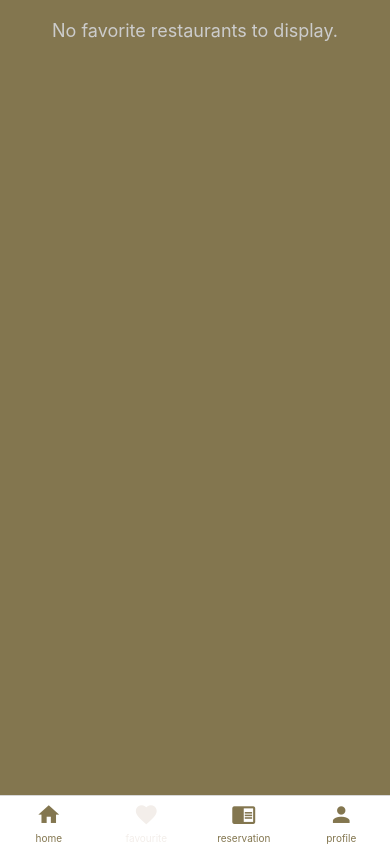
Repository: TemoshoS/restaurant-app
Screen: /favourite
The author's editor kept a copy of each file at every save. The screen is drawn from the files as they stood at one save, then again after the next save.
The page's requests for data from a server got no answer. The app was drawn by React Native's web renderer in a window 390 px wide. The project was rebuilt for these pictures with package versions that can differ from the ones it lists, and the page was loaded fresh each time. No one was signed in, and anything a server would have sent is missing. Also part of the build but not shown: Screens/LoginScreen.js, Screens/HomeScreen.js, Screens/RegisterScreen.js, Screens/RestaurantDetailsScreen.js, Screens/MenuScreen.js, Screens/ReservationScreen.js, Screens/PastReserevationScreen.js, Screens/ProfileScreen.js and 2 more.

Above is the screen before, as saved 2023-12-22 15:33:09.

### App.js
// Import necessary components and modules
import React, { useEffect, useState } from 'react';
import { StyleSheet } from 'react-native';
import { NavigationContainer } from '@react-navigation/native';
import { createStackNavigator } from '@react-navigation/stack';
import { createBottomTabNavigator } from '@react-navigation/bottom-tabs';
import LoginScreen from './Screens/LoginScreen';
import HomeScreen from './Screens/HomeScreen';
import RegisterScreen from './Screens/RegisterScreen';
import RestaurantScreen from './Screens/RestaurantScreen';
import RestaurantDetailsScreen from './Screens/RestaurantDetailsScreen';
import MenuScreen from './Screens/MenuScreen';
import ReservationScreen from './Screens/ReservationScreen';
import PastReserevationScreen from './Screens/PastReserevationScreen';
import ProfileScreen from './Screens/ProfileScreen';
import store from './store/store';
import { Provider } from 'react-redux';
import MaterialCommunityIcons from 'react-native-vector-icons/MaterialCommunityIcons';
import FavoriteRestaurantScreen from './Screens/FavoriteRestaurantScreen';
import ForgotPasswordScreen from './Screens/ForgotPasswordScreen'
import Dashboard from './Screens/Dashboard';
import { auth } from './config/firebase';

const Stack = createStackNavigator();
const Tab = createBottomTabNavigator();

export default function App() {
  const [isAdmin, setIsAdmin] = useState(false);

  useEffect(() => {
    const checkAdminStatus = async () => {
      const user = auth.currentUser;
      const isAdminUser = user ? user.email === 'temosho@admin.co' : false; // Replace with your admin email
      setIsAdmin(isAdminUser);
    };

    checkAdminStatus();
  }, []);

  function MainStack() {
    return (
      <Stack.Navigator initialRouteName='Restaurants'>
        <Stack.Screen name="Restaurants" component={RestaurantScreen} options={{ headerShown: false }} />
        <Stack.Screen name='Welcome' component={HomeScreen} options={{ headerShown: false }} />
        <Stack.Screen name='Login' component={LoginScreen} options={{ headerShown: false }} />
        <Stack.Screen name='Register' component={RegisterScreen} options={{ headerShown: false }} />
        <Stack.Screen name='Restaurant info' component={RestaurantDetailsScreen} options={{
          headerShown: true,
          headerStyle: {
            backgroundColor: '#83764F',
          },
          headerTitle: '',
          headerTitleStyle: {
            color: '#F3EEEA',
            fontWeight: 'bold',
            fontSize: 18,
          },
          headerTintColor: '#F3EEEA',
          headerBackTitleVisible: false,
          headerBackImage: () => (
            <MaterialCommunityIcons name="arrow-left" size={24} color="#F3EEEA" />
          ),
        }}  />
        <Stack.Screen name='Menu' component={MenuScreen} options={{
          headerShown: true,
          headerStyle: {
            backgroundColor: '#83764F',
          },
          headerTitle: '',
          headerTitleStyle: {
            color: '#F3EEEA',
            fontWeight: 'bold',
            fontSize: 18,
          },
          headerTintColor: '#F3EEEA',
          headerBackTitleVisible: false,
          headerBackImage: () => (
            <MaterialCommunityIcons name="arrow-left" size={24} color="#F3EEEA" />
          ),
        }} />
        {!isAdmin && (
          <Stack.Screen name='ReservationScreen' component={ReservationScreen} options={{
            headerShown: true,
            headerStyle: {
              backgroundColor: '#83764F',
            },
            headerTitle: '',
            headerTitleStyle: {
              color: '#F3EEEA',
              fontWeight: 'bold',
              fontSize: 18,
            },
            headerTintColor: '#F3EEEA',
            headerBackTitleVisible: false,
            headerBackImage: () => (
              <MaterialCommunityIcons name="arrow-left" size={24} color="#F3EEEA" />
            ),
          }}/>
        )}
        <Stack.Screen name='profile' component={ProfileScreen} options={{ headerShown: false }} />
        <Stack.Screen name='dashboard' component={Dashboard} options={{ headerShown: false }} />
        <Stack.Screen name='ForgotPasswordScreen' component={ForgotPasswordScreen} options={{ headerShown: false }} />
      </Stack.Navigator>
    );
  }

  function TabNavigator() {
    return (
      <Tab.Navigator
        tabBarOptions={{
          activeTintColor: '#F3EEEA',
          inactiveTintColor: '#83764F',
        }}
      >
        <Tab.Screen
          name="home"
          component={MainStack}
          options={{
            headerShown: false,
            tabBarIcon: ({ color, size }) => (
              <MaterialCommunityIcons name="home" color={color} size={size} />
            ),
          }}
        />
        {!isAdmin && (
          <Tab.Screen
            name="favourite"
            component={FavoriteRestaurantScreen}
            options={{
              headerShown: false,
              tabBarIcon: ({ color, size }) => (
                <MaterialCommunityIcons name="heart" color={color} size={size} />
              ),
            }}
          />
        )}
        {!isAdmin && (
          <Tab.Screen
            name="reservation"
            component={PastReserevationScreen}
            options={{
              headerShown: false,
              tabBarIcon: ({ color, size }) => (
                <MaterialCommunityIcons name="book-open" color={color} size={size} />
              ),
            }}
          />
        )}
        <Tab.Screen
          name="profile"
          component={ProfileScreen}
          options={{
            headerShown: false,
            tabBarIcon: ({ color, size }) => (
              <MaterialCommunityIcons name="account" color={color} size={size} />
            ),
          }}
        />
      </Tab.Navigator>
    );
  }

  return (
    <Provider store={store}>
      <NavigationContainer>
        <TabNavigator />
      </NavigationContainer>
    </Provider>
  );
}

const styles = StyleSheet.create({
  container: {
    flex: 1,
    backgroundColor: 'black',
    alignItems: 'center',
    justifyContent: 'center',
  },
});

### store/store.js
import { createStore, applyMiddleware, combineReducers } from 'redux';
import thunk from 'redux-thunk';
import restaurantsReducer from '../reducers/restaurantsReducer';
import reserveReducer from '../reducers/reserveReducer';
import authReducer from '../reducers/authReducer';
import favoriteRestaurantsReducer from '../reducers/favoriteRestaurantsReducer';


const rootReducer = combineReducers({
  restaurants: restaurantsReducer,
  reservation: reserveReducer,
  auth: authReducer,
  favoriteRestaurants: favoriteRestaurantsReducer,

});

const store = createStore(rootReducer, applyMiddleware(thunk));

export default store;

### Screens/FavoriteRestaurantScreen.js
import React, { useEffect, useState } from 'react';
import { connect } from 'react-redux';
import { fetchFavouriteRestaurants } from '../actions/favoriteRestaurantActions';
import { StyleSheet, Text, View, Image, ScrollView } from 'react-native';
import { getAuth, onAuthStateChanged } from 'firebase/auth';

const FavoriteRestaurantScreen = ({ favRestaurants, fetchFavouriteRestaurants }) => {
  const [currentUserID, setCurrentUserID] = useState(null);

  useEffect(() => {
    fetchFavouriteRestaurants();

    const auth = getAuth();
    const unsubscribe = onAuthStateChanged(auth, (user) => {
      if (user) {
        setCurrentUserID(user.uid);
      } else {
        setCurrentUserID(null);
      }
    });

    return () => unsubscribe();
  }, []);

  const filteredRestaurants = favRestaurants
    .filter((restaurant) => restaurant.ratings > 10 && restaurant.userId === currentUserID)
    .sort((a, b) => b.ratings - a.ratings);

  return (
    <ScrollView style={styles.container}>
      <Text></Text>
      {filteredRestaurants.length === 0 ? (
        <Text style={styles.emptyMessage}>No favorite restaurants to display.</Text>
      ) : (
        filteredRestaurants.map((restaurant) => (
          <View key={restaurant.id} style={styles.restaurantCard}>
            <Image source={{ uri: restaurant.restImage }} style={styles.restaurantImage} />
            <Text style={styles.restaurantName}>{restaurant.restName}</Text>
            <Text style={styles.restaurantRating}>Rating: {restaurant.ratings}</Text>
          </View>
        ))
      )}
    </ScrollView>
  );
};

const mapStateToProps = (state) => ({
  favRestaurants: state.favoriteRestaurants.favRestaurants,
});

export default connect(mapStateToProps, { fetchFavouriteRestaurants })(FavoriteRestaurantScreen);

const styles = StyleSheet.create({
  container: {
    flex: 1,
    backgroundColor: '#83764F',
  },
  restaurantCard: {
    backgroundColor: '#F3EEEA',
    padding: 16,
    margin: 16,
    borderRadius: 10,
    shadowColor: '#000',
    shadowOffset: { width: 0, height: 2 },
    shadowOpacity: 0.25,
    shadowRadius: 3.84,
    elevation: 5,
  },
  restaurantImage: {
    width: '100%',
    height: 150,
    borderRadius: 8,
    marginBottom: 10,
  },
  restaurantName: {
    fontSize: 18,
    fontWeight: 'bold',
    marginBottom: 5,
    color: '#83764F',
  },
  restaurantRating: {
    fontSize: 16,
    color: '#888',
  },
  emptyMessage: {
    fontSize: 18,
    color: '#ccc',
    textAlign: 'center',
    marginTop: 20,
  },
});

### config/firebase.js
// Import the functions you need from the SDKs you need
import { initializeApp } from "firebase/app";
import { getAnalytics } from "firebase/analytics";

import {getAuth} from 'firebase/auth';
import {getFirestore} from 'firebase/firestore'
// TODO: Add SDKs for Firebase products that you want to use
// https://firebase.google.com/docs/web/setup#available-libraries

// Your web app's Firebase configuration
// For Firebase JS SDK v7.20.0 and later, measurementId is optional
const firebaseConfig = {
  apiKey: "AIzaSyDa4_cUmrR60k82VypxJ_US-F7FEiItCL4",
  authDomain: "restaurant-app-da7bc.firebaseapp.com",
  projectId: "restaurant-app-da7bc",
  storageBucket: "restaurant-app-da7bc.appspot.com",
  messagingSenderId: "598136487640",
  appId: "1:598136487640:web:f77577fdc1710db8c1a1ad",
  measurementId: "G-6D4DHL06Z0"
};

// Initialize Firebase
const app = initializeApp(firebaseConfig);
const analytics = getAnalytics(app);

const auth = getAuth(app)
const db = getFirestore(app)
export {auth, db}

### actions/authActions.js
import { sendPasswordResetEmail } from 'firebase/auth';
import { auth } from '../config/firebase';
export const LOGIN_SUCCESS = 'LOGIN_SUCCESS';
export const REGISTER_SUCCESS = 'REGISTER_SUCCESS';
export const FORGOT_PASSWORD_REQUEST = 'FORGOT_PASSWORD_REQUEST';
export const FORGOT_PASSWORD_SUCCESS = 'FORGOT_PASSWORD_SUCCESS';
export const FORGOT_PASSWORD_FAILURE = 'FORGOT_PASSWORD_FAILURE';
export const LOGOUT = 'LOGOUT';

export const loginSuccess = (user) => ({
  type: LOGIN_SUCCESS,
  payload: user,
});

export const registerSuccess = (user) => ({
  type: REGISTER_SUCCESS,
  payload: user,
});

export const forgotPasswordRequest = () => ({
  type: FORGOT_PASSWORD_REQUEST,
});

export const forgotPasswordSuccess = () => ({
  type: FORGOT_PASSWORD_SUCCESS,
});

export const forgotPasswordFailure = (error) => ({
  type: FORGOT_PASSWORD_FAILURE,
  payload: error,
});

export const forgotPassword = (email) => {
  return async (dispatch) => {
    dispatch(forgotPasswordRequest());

    try {
      await sendPasswordResetEmail(auth, email);
      dispatch(forgotPasswordSuccess());
    } catch (error) {
      dispatch(forgotPasswordFailure(error));
    }
  };
};

export const logout = () => ({
  type: LOGOUT,
});

### actions/restaurant.js
import { db } from "../config/firebase";
import { collection ,getDocs} from "firebase/firestore";

export const FETCH_RESTAURANTS = 'FETCH_RESTAURANTS';

export const fetchRestaurants = () => {
  return async (dispatch) => {
    const restaurantsCollection = collection(db, 'restaurants');
    const snapshot = await getDocs(restaurantsCollection);
    const restaurants = [];
    snapshot.forEach((doc) => {
      restaurants.push(doc.data());
    });
    dispatch({ type: FETCH_RESTAURANTS, payload: restaurants });
  };
};

### components/navbar.js
import React,{useState, useEffect} from 'react';
import { StyleSheet, Text, View } from 'react-native';
import Icon from 'react-native-vector-icons/FontAwesome';
import { getAuth, onAuthStateChanged } from 'firebase/auth';


const Navbar = () => {
  const [currentUser, setCurrentUser] = useState(null);

  useEffect(()=>{
    const auth = getAuth();

    const unsubscribe = onAuthStateChanged(auth, (user)=>{
      if (user) {
        setCurrentUser(user.displayName);

      } else {
        setCurrentUser(null);

      }
    });

    return()=> unsubscribe();
  },[]);

  const getCurrentTimeOfDay = () => {
    const currentHour = new Date().getHours();
    if (currentHour >= 0 && currentHour < 12) {
      return 'morning';
    } else if (currentHour >= 12 && currentHour < 18) {
      return 'afternoon';
    } else {
      return 'evening';
    }
  };

  return (
    <View style={styles.container}>
      <View style={styles.user}>
        <Text style={styles.greetingText}>
          Good {getCurrentTimeOfDay()},
        </Text>
        <View style={styles.userRow}>
          <Icon name="user" size={20} color="#fff" />
          <Text style={styles.userText}>{currentUser}</Text>
        </View>
      </View>
    </View>
  );
};

const styles = StyleSheet.create({
  container: {
    backgroundColor: '#83764F',
    paddingVertical: 10,
    paddingHorizontal: 20,
    marginBottom: 40,
  },
  user: {
    flexDirection: 'row',
    alignItems: 'center',
  },
  greetingText: {
    fontSize: 20,
    fontWeight: 'bold',
    color: '#fff',
  },
  userRow: {
    flexDirection: 'row',
    alignItems: 'center',
    marginLeft: 100
  },
  userText: {
    marginLeft: 10,
    fontSize: 18,
    fontWeight: 'bold',
    color: '#fff',
  },
});

export default Navbar;

### components/search.js
import React from 'react';
import { StyleSheet, View, TextInput } from 'react-native';
import { Ionicons } from '@expo/vector-icons'; // You may need to install the Ionicons package

const Search = ({ onSearch }) => {
  return (
    <View style={styles.container}>
      <View style={styles.inputContainer}>
        <Ionicons name="search" size={24} color="#666" style={styles.searchIcon} />
        <TextInput
          style={styles.searchInput}
          placeholder="Search"
          placeholderTextColor="#666"
          onChangeText={(text) => onSearch(text)}
        />
      </View>
    </View>
  );
};

const styles = StyleSheet.create({
  container: {
    alignItems: 'center',
    marginBottom: 20
  },
  inputContainer: {
    flexDirection: 'row',
    alignItems: 'center',
    backgroundColor: '#ccc',
    paddingVertical: 8,
    paddingHorizontal: 12,
    borderRadius: 25,
  },
  searchIcon: {
    marginRight: 10,
  },
  searchInput: {
    flex: 1,
    fontSize: 16,
    color: '#333',

  },
});

export default Search;

### actions/reserveAction.js
import { db } from "../config/firebase";
import { collection, addDoc, getDocs, query, where } from "firebase/firestore";

export const RESERVE_SUCCESS = "RESERVE_SUCCESS";
export const RESERVE_FAILURE = "RESERVE_FAILURE";
export const FETCH_ALL_RESERVATIONS = 'FETCH_ALL_RESERVATIONS';
export const FETCH_PAST_RESERVATIONS = 'ETCH_PAST_RESERVATIONS';


export const reserveTable = (reservationData) => {
  return async (dispatch) => {
    try {
      // Save the reservation data to Firestore
      const ordersCollection = collection(db, "Orders");
      const docRef = await addDoc(ordersCollection, reservationData);


      dispatch({ type: RESERVE_SUCCESS, payload: docRef });
    } catch (error) {

      dispatch({ type: RESERVE_FAILURE, payload: error.message });
    }
  };
};

export const fetchPastReservations = (userId) => {
  return async (dispatch) => {
    try {

      //query to fetch reservations based on the userId
      const reservationsCollection = collection(db, 'Orders');
      const userQuery = query(reservationsCollection, where('userId', '==', userId));

      const snapshot = await getDocs(userQuery);

      const pastReservations = [];
      snapshot.forEach((doc) => {
        pastReservations.push(doc.data());
      });


      dispatch({ type: FETCH_PAST_RESERVATIONS, payload: pastReservations });
    } catch (error) {
      // Handle errors
      console.error('Error fetching past reservations:', error);
    }
  };
}


export const fetchAllReservations = () => {
  return async (dispatch) => {
    try {
      // Query to fetch all reservations
      const reservationsCollection = collection(db, 'Orders');
      const snapshot = await getDocs(reservationsCollection);
      const allReservations = [];

      snapshot.forEach((doc) => {
        allReservations.push(doc.data());
      });

      dispatch({ type: FETCH_ALL_RESERVATIONS, payload: allReservations });
    } catch (error) {
      console.error('Error fetching all reservations:', error);
    }
  };
};

### reducers/restaurantsReducer.js
import { FETCH_RESTAURANTS } from "../actions/restaurant";


const initialState = {
    restaurants: [],
};

const restaurantsReducer = (state = initialState, action) =>{

    switch (action.type) {
        case FETCH_RESTAURANTS:
          return { ...state, restaurants: action.payload };
        default:
          return state;
      }


};

export default restaurantsReducer;

### reducers/reserveReducer.js
import { RESERVE_SUCCESS, RESERVE_FAILURE, FETCH_PAST_RESERVATIONS,FETCH_ALL_RESERVATIONS } from "../actions/reserveAction";

const initialState = {
  reservationSuccess: null,
  reservationError: null,
  pastReservations: [],
  allReservations: [],
  loading: false,
};

const reserveReducer = (state = initialState, action) => {
  switch (action.type) {
    case RESERVE_SUCCESS:
      return { ...state, reservationSuccess: action.payload, reservationError: null };
    case RESERVE_FAILURE:
      return { ...state, reservationSuccess: null, reservationError: action.payload };
    case FETCH_PAST_RESERVATIONS:
      return { ...state, pastReservations: action.payload };
      case FETCH_ALL_RESERVATIONS:
        return { ...state, allReservations: action.payload, loading: false };
    default:
      return state;
  }
};

export default reserveReducer;

### reducers/authReducer.js
import {
  LOGIN_SUCCESS,
  REGISTER_SUCCESS,
  LOGOUT ,
  FORGOT_PASSWORD_REQUEST,
  FORGOT_PASSWORD_SUCCESS,
  FORGOT_PASSWORD_FAILURE,} from '../actions/authActions';

const initialState = {
  user: null,
  isAuthenticated: false,
  forgotPasswordLoading: false,
  forgotPasswordSuccess: false,
  forgotPasswordError: null,

};

const authReducer = (state = initialState, action) => {
  switch (action.type) {
    case LOGIN_SUCCESS:
    case REGISTER_SUCCESS:
      return {
        ...state,
        user: action.payload,
        isAuthenticated: true,
      };
      case FORGOT_PASSWORD_REQUEST:
        return {
          ...state,
          forgotPasswordLoading: true,
          forgotPasswordSuccess: false,
          forgotPasswordError: null,
        };
      case FORGOT_PASSWORD_SUCCESS:
        return {
          ...state,
          forgotPasswordLoading: false,
          forgotPasswordSuccess: true,
          forgotPasswordError: null,
        };
      case FORGOT_PASSWORD_FAILURE:
      return {
        ...state,
        forgotPasswordLoading: false,
        forgotPasswordSuccess: false,
        forgotPasswordError: action.payload,
      };
    case LOGOUT:
      return {
        ...state,
        user: null,
        isAuthenticated: false,
      };
    default:
      return state;
  }
};

export default authReducer;

### reducers/favoriteRestaurantsReducer.js
import { FETCH_FAV_RESTAURANTS } from "../actions/favoriteRestaurantActions";


const initialState = {
    favRestaurants: [],
};

const favRestaurantsReducer = (state = initialState, action) =>{

    switch (action.type) {
        case FETCH_FAV_RESTAURANTS:
          return { ...state, favRestaurants: action.payload };
        default:
          return state;
      }


};

export default favRestaurantsReducer;

### actions/favoriteRestaurantActions.js
import { db } from "../config/firebase";
import { collection ,getDocs} from "firebase/firestore";

export const FETCH_FAV_RESTAURANTS = 'FETCH_FAV_RESTAURANTS';

export const fetchFavouriteRestaurants = () => {
  return async (dispatch) => {
    const restaurantsCollection = collection(db, 'favouriteRestaurants');
    const snapshot = await getDocs(restaurantsCollection);
    const favRestaurants = [];
    snapshot.forEach((doc) => {
      favRestaurants.push(doc.data());
    });
    dispatch({ type: FETCH_FAV_RESTAURANTS, payload: favRestaurants });
  };
};

Loaded but not shown: Screens/RestaurantScreen.js (496 lines, source omitted)

After the next save:
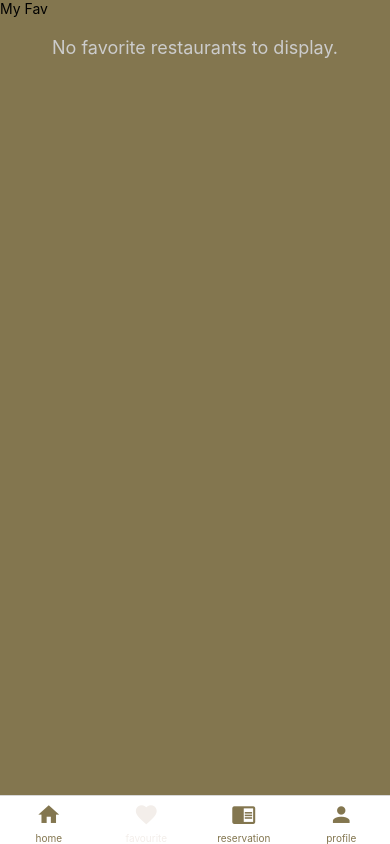
Saved 4 s later.
--- a/Screens/FavoriteRestaurantScreen.js
+++ b/Screens/FavoriteRestaurantScreen.js
@@ -28,7 +28,7 @@ const FavoriteRestaurantScreen = ({ favRestaurants, fetchFavouriteRestaurants })
 
   return (
     <ScrollView style={styles.container}>
-      <Text></Text>
+      <Text>My Fav</Text>
       {filteredRestaurants.length === 0 ? (
         <Text style={styles.emptyMessage}>No favorite restaurants to display.</Text>
       ) : (
